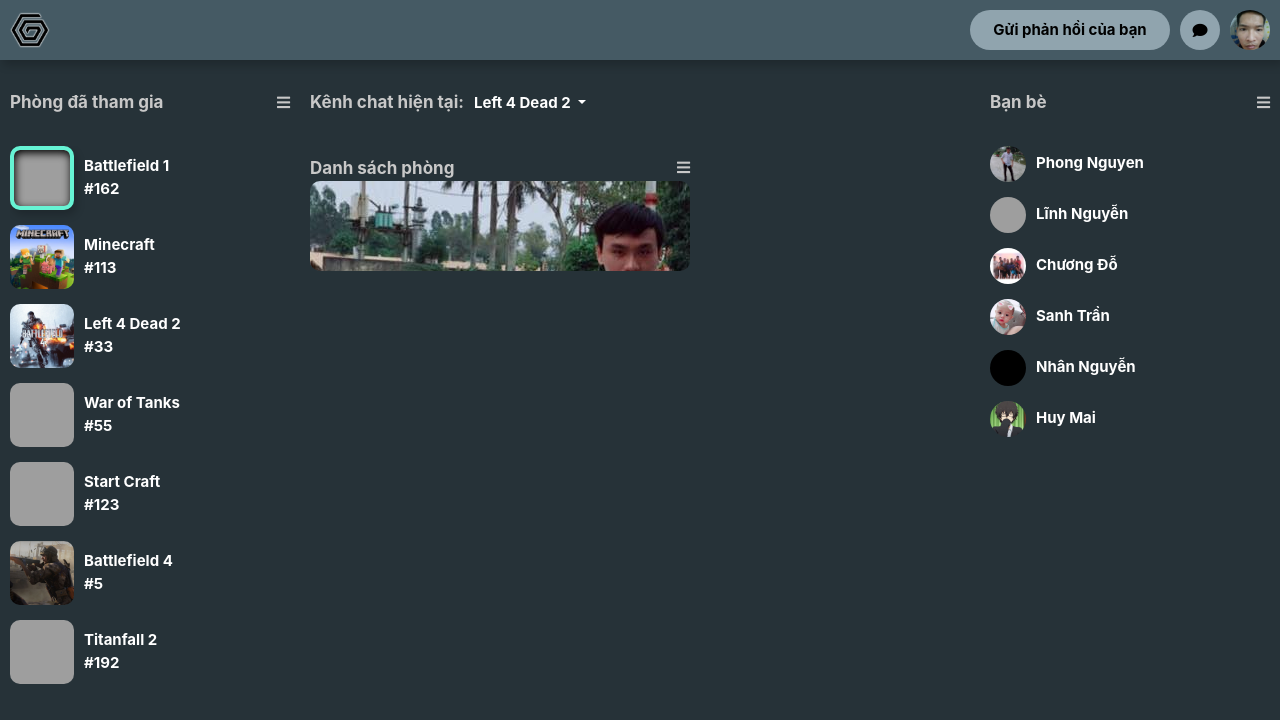
Repository: GammingCommnunity/docs
Page: web-layout/v2/html/index.html
The author's editor kept a copy of each file at every save. The page is drawn from the files as they stood at one save, then again after the next save.
The browser window is 1280 px wide. The pictures show the whole page.
Pictures or frames that could not be fetched are drawn as grey boxes.

Above is the page before, as saved 2020-03-06 11:05:34.

### web-layout/v2/html/index.html
<!DOCTYPE html>
<html lang="vi">

<head>
	<meta charset="UTF-8">
	<meta name="viewport" content="width=device-width, initial-scale=1.0">
	<!-- title -->
	<title>Gaming Community</title>
	<!-- bootstrap -->
	<link rel="stylesheet" href="css/bootstrap/bootstrap.min.css">
	<!-- fontawesome -->
	<link href="css/fontawesome.css" rel="stylesheet">
	<link href="css/brands.css" rel="stylesheet">
	<link href="css/solid.css" rel="stylesheet">
</head>

<body>
	<!-- bootstrap -->
	<script src="js/jquery-3.4.1.min.js"></script>
	<script src="js/bootstrap/bootstrap.popper.min.js"></script>
	<script src="js/bootstrap/bootstrap.min.js"></script>
	<!-- define -->
	<style>
		:root {
			/* background color */
			--bg9: #263238;
			--bg8: #37474F;
			--bg7: #455A64;
			--bg6: #546E7A;
			--bg5: #607D8B;
			--bg4: #78909C;
			--bg3: #90A4AE;
			--bg2: #B0BEC5;
			--bg1: #CFD8DC;
			/* text color */
			--primary-text: white;
			--secondary-text: #C8C8C8;
			/* shadow */
			--shd: 3px 5px 9px rgba(0, 0, 0, .2);
			--shd-lg: 3px 5px 18px rgba(0, 0, 0, .2);
			--shd-highlight: 3px 5px 9px rgba(0, 0, 0, .2), inset 1px 3px 9px black;
			/* text size */
			--text-size-sm: 12px;
			--text-size-lg: 17px;
			/* highlight */
			--highlight: rgb(102, 243, 212);
			--border-highlight: 4px solid var(--highlight);
		}
	</style>

	<!-- global style -->
	<style>
		html {
			margin: 0;
			padding: 0;
		}

		html * {
			font-size: 15px;
			color: var(--primary-text);
		}

		/* ::-webkit-scrollbar {
			width: 3px;
			height: 3px;
		}

		::-webkit-scrollbar-thumb {
			background: rgb(9, 81, 71);
			border-radius: 999px;
		}

		::placeholder {
			color: rgb(13, 190, 150);
			font-size: 12px;
		} */

		pre {
			white-space: pre-line;
			word-break: break-word;
		}






		.img {
			background-size: cover;
			background-repeat: no-repeat;
			background-position: center;
		}

		.nowrap {
			white-space: nowrap;
		}

		.wrap {
			white-space: pre-line;
			word-break: break-word;
		}

		.logo {
			width: 40px;
			height: 40px;
		}

		/* component */
		.component {
			display: flex;
			flex-direction: column;
		}

		.component-head {
			display: flex;
			align-items: center;
		}

		.component-head * {
			color: var(--secondary-text);
		}

		.component-head label {
			margin-right: 10px;
			font-weight: bold;
			font-size: var(--text-size-lg);
			flex-grow: 1;
			overflow: hidden;
			white-space: nowrap;
		}

		.component .component-body {
			flex-grow: 1;
			display: flex;
			flex-direction: column;
			overflow: auto;
		}

		/* fix bootstrap */
		p,
		label {
			margin: 0;
		}

		.dropdown-menu {
			font-weight: bold;
			background-color: var(--bg6);
			box-shadow: var(--shd-lg);
		}

		.dropdown-menu * {
			font-weight: bold;
			transition: all .3s ease;
			color: var(--primary-text);
		}

		.dropdown-menu .dropdown-item:hover {
			color: var(--bg6);
			border-left: 4px solid var(--highlight);
		}
	</style>

	<!-- framework -->
	<style>
		header {
			width: 100vw;
			height: 60px;
			padding-left: 10px;
			padding-right: 10px;
			position: fixed;
			top: 0;
			display: flex;
			align-items: center;
			background-color: var(--bg7);
			box-shadow: var(--shd);
		}

		header .space {
			flex-grow: 1;
		}

		header .button {
			width: 40px;
			height: 40px;
			display: flex;
			justify-content: center;
			align-items: center;
			border-radius: 40px;
			background-color: var(--bg3);
			margin-left: 10px;
			cursor: pointer;
			color: black;
		}

		header .button * {
			color: black;
		}

		.feedback-btn {
			width: 200px !important;
			font-weight: bold;
		}

		.main-container {
			width: 100vw;
			height: 100vh;
			background-color: var(--bg9);
			padding-top: 60px;
			display: flex;
			align-items: stretch;
			justify-content: space-between;
		}

		.main-container article {
			flex-grow: 1;
			padding: 30px 10px 0 10px;
			max-width: 1000px;
		}

		.main-container nav {
			width: 300px;
			padding: 30px 10px 0 10px;
			color: var(--secondary-text);
		}

		.main-container nav .component-head {
			margin-bottom: 30px;
		}


		/* joined-rooms-item */
		.joined-rooms-item {
			width: 100%;
			display: flex;
			margin-bottom: 15px;
		}

		.joined-rooms-item .img {
			width: 64px;
			height: 64px;
			border-radius: 10px;
		}

		.joined-rooms-item * {
			font-weight: bold;
		}

		.joined-rooms-item .info {
			height: 64px;
			padding-left: 10px;
			flex-grow: 1;
			display: flex;
			flex-direction: column;
			align-items: flex-start;
			justify-content: center;
		}

		.joined-rooms-item .info * {
			overflow: hidden;
			white-space: nowrap;
		}

		/* active */
		.joined-rooms-item.active .img {
			border: var(--border-highlight);
			box-shadow: var(--shd-highlight);
		}

		/* friends-item */
		.friends-item {
			width: 100%;
			display: flex;
			align-items: center;
			margin-bottom: 15px;
		}

		.friends-item .img {
			width: 36px;
			height: 36px;
			border-radius: 36px;
		}

		.friends-item * {
			font-weight: bold;
		}

		.friends-item .name {
			padding-left: 10px;
			overflow: hidden;
			white-space: nowrap;
		}
	</style>

	<!-- game channel -->
	<style>
		.game-channels-list {
			font-weight: bold;
		}

		.game-channels{
			display: flex;
			flex-direction: column;
			height: 100%;
		}

		.game-channels-head{
			margin-bottom: 40px;
			display: flex;
			align-items: center;
		}

		.game-channels-head > label:first-child{
			color: var(--secondary-text);
			font-size: var(--text-size-lg);
			font-weight: bold;
			padding-right: 10px;
		}

		.game-channels-head .game-channels-list{
			flex-grow: 1;
		}

		.game-channels-body{
			flex-grow: 1;
			display: flex;
		}

		.rooms{
			width: 380px;
			min-width: 380px;
			height: 100%;
		}

		.global-chats{
			flex-grow: 1;
			height: 100%;
		}

		.rooms-item{
			width: 100%;
			height: 90px;
			border-radius: 10px;
			background-color: rgba(0, 0, 0, .8);
		}
	</style>




	<header>
		<div class="logo img" style="background-image: url(img/logo.png)"></div>
		<div class="space"></div>
		<div class="button feedback-btn">Gửi phản hồi của bạn</div>
		<div class="button">
			<i class="fas fa-comment"></i>
		</div>
		<div class="button img" style="background-image: url(img/avatar.jpg)"></div>
	</header>



	<div class="main-container">






		<!-- joined room -->
		<nav class="component">
			<div class="component-head">
				<label>Phòng đã tham gia</label>
				<div>
					<i class="fas fa-bars"></i>
				</div>
			</div>
			<div class="component-body">

				<div class="joined-rooms-item active">
					<div class="img" style="background-image: url(img/14.jpg)"></div>
					<div class="info">
						<p>Battlefield 1</p>
						<p>#162</p>
					</div>
				</div>

				<div class="joined-rooms-item">
					<div class="img" style="background-image: url(img/10.jpg)"></div>
					<div class="info">
						<p>Minecraft</p>
						<p>#113</p>
					</div>
				</div>

				<div class="joined-rooms-item">
					<div class="img" style="background-image: url(img/9.jpg)"></div>
					<div class="info">
						<p>Left 4 Dead 2</p>
						<p>#33</p>
					</div>
				</div>

				<div class="joined-rooms-item">
					<div class="img" style="background-image: url(img/13.jpg)"></div>
					<div class="info">
						<p>War of Tanks</p>
						<p>#55</p>
					</div>
				</div>

				<div class="joined-rooms-item">
					<div class="img" style="background-image: url(img/12.jpg)"></div>
					<div class="info">
						<p>Start Craft</p>
						<p>#123</p>
					</div>
				</div>

				<div class="joined-rooms-item">
					<div class="img" style="background-image: url(img/16.jpg)"></div>
					<div class="info">
						<p>Battlefield 4</p>
						<p>#5</p>
					</div>
				</div>

				<div class="joined-rooms-item">
					<div class="img" style="background-image: url(img/11.jpg)"></div>
					<div class="info">
						<p>Titanfall 2</p>
						<p>#192</p>
					</div>
				</div>


			</div>
		</nav>

		<!-- game channel -->
		<article>
			<div class="game-channels">
				<div class="game-channels-head">
					<label>Kênh chat hiện tại:</label>
					<div class="game-channels-list dropdown">
						<label class="dropdown-toggle" id="" data-toggle="dropdown" aria-haspopup="true"
							aria-expanded="false">
							Left 4 Dead 2
						</label>
						<div class="dropdown-menu" aria-labelledby="dropdownMenuButton">
							<a class="dropdown-item" href="#">GTA 5</a>
							<a class="dropdown-item" href="#">Minecraft</a>
							<a class="dropdown-item" href="#">Left 4 Dead 2</a>
							<a class="dropdown-item" href="#">War Frame</a>
							<a class="dropdown-item" href="#">Titanfall 2</a>
							<a class="dropdown-item" href="#">Start Craft</a>
							<a class="dropdown-item" href="#">HearthStone</a>
						</div>
					</div>
				</div>
				<div class="game-channels-body">
					<div class="rooms component">
						<div class="component-head">
							<label>Danh sách phòng</label>
							<div>
								<i class="fas fa-bars"></i>
							</div>
						</div>
						<div class="component-body">

							<div class="rooms-item" style="background-image: url(img/100.jpg)">

							</div>

						</div>
					</div>
				</div>
			</div>
		</article>

		<!-- friends -->
		<nav class="component">
			<div class="component-head">
				<label>Bạn bè</label>
				<div>
					<i class="fas fa-bars"></i>
				</div>
			</div>
			<div class="component-body">

				<div class="friends-item">
					<div class="img" style="background-image: url(img/100.jpg)"></div>
					<p class="name">Phong Nguyen</p>
				</div>

				<div class="friends-item">
					<div class="img" style="background-image: url(img/101.jpg)"></div>
					<p class="name">Lĩnh Nguyễn</p>
				</div>

				<div class="friends-item">
					<div class="img" style="background-image: url(img/102.jpg)"></div>
					<p class="name">Chương Đỗ</p>
				</div>

				<div class="friends-item">
					<div class="img" style="background-image: url(img/103.jpg)"></div>
					<p class="name">Sanh Trần</p>
				</div>

				<div class="friends-item">
					<div class="img" style="background-image: url(img/104.jpg)"></div>
					<p class="name">Nhân Nguyễn</p>
				</div>

				<div class="friends-item">
					<div class="img" style="background-image: url(img/105.jpg)"></div>
					<p class="name">Huy Mai</p>
				</div>


			</div>
		</nav>






	</div>




</body>

</html>

### web-layout/v2/html/css/brands.css
/*!
 * Font Awesome Free 5.12.0 by @fontawesome - https://fontawesome.com
 * License - https://fontawesome.com/license/free (Icons: CC BY 4.0, Fonts: SIL OFL 1.1, Code: MIT License)
 */
@font-face {
  font-family: 'Font Awesome 5 Brands';
  font-style: normal;
  font-weight: normal;
  font-display: auto;
  src: url("../webfonts/fa-brands-400.eot");
  src: url("../webfonts/fa-brands-400.eot?#iefix") format("embedded-opentype"), url("../webfonts/fa-brands-400.woff2") format("woff2"), url("../webfonts/fa-brands-400.woff") format("woff"), url("../webfonts/fa-brands-400.ttf") format("truetype"), url("../webfonts/fa-brands-400.svg#fontawesome") format("svg"); }

.fab {
  font-family: 'Font Awesome 5 Brands'; }

### web-layout/v2/html/css/solid.css
/*!
 * Font Awesome Free 5.12.0 by @fontawesome - https://fontawesome.com
 * License - https://fontawesome.com/license/free (Icons: CC BY 4.0, Fonts: SIL OFL 1.1, Code: MIT License)
 */
@font-face {
  font-family: 'Font Awesome 5 Free';
  font-style: normal;
  font-weight: 900;
  font-display: auto;
  src: url("../webfonts/fa-solid-900.eot");
  src: url("../webfonts/fa-solid-900.eot?#iefix") format("embedded-opentype"), url("../webfonts/fa-solid-900.woff2") format("woff2"), url("../webfonts/fa-solid-900.woff") format("woff"), url("../webfonts/fa-solid-900.ttf") format("truetype"), url("../webfonts/fa-solid-900.svg#fontawesome") format("svg"); }

.fa,
.fas {
  font-family: 'Font Awesome 5 Free';
  font-weight: 900; }

Loaded but not shown: web-layout/v2/html/css/bootstrap/bootstrap.min.css (library); web-layout/v2/html/css/fontawesome.css (library); web-layout/v2/html/js/jquery-3.4.1.min.js (library); web-layout/v2/html/js/bootstrap/bootstrap.popper.min.js (library); web-layout/v2/html/js/bootstrap/bootstrap.min.js (library)

After the next save:
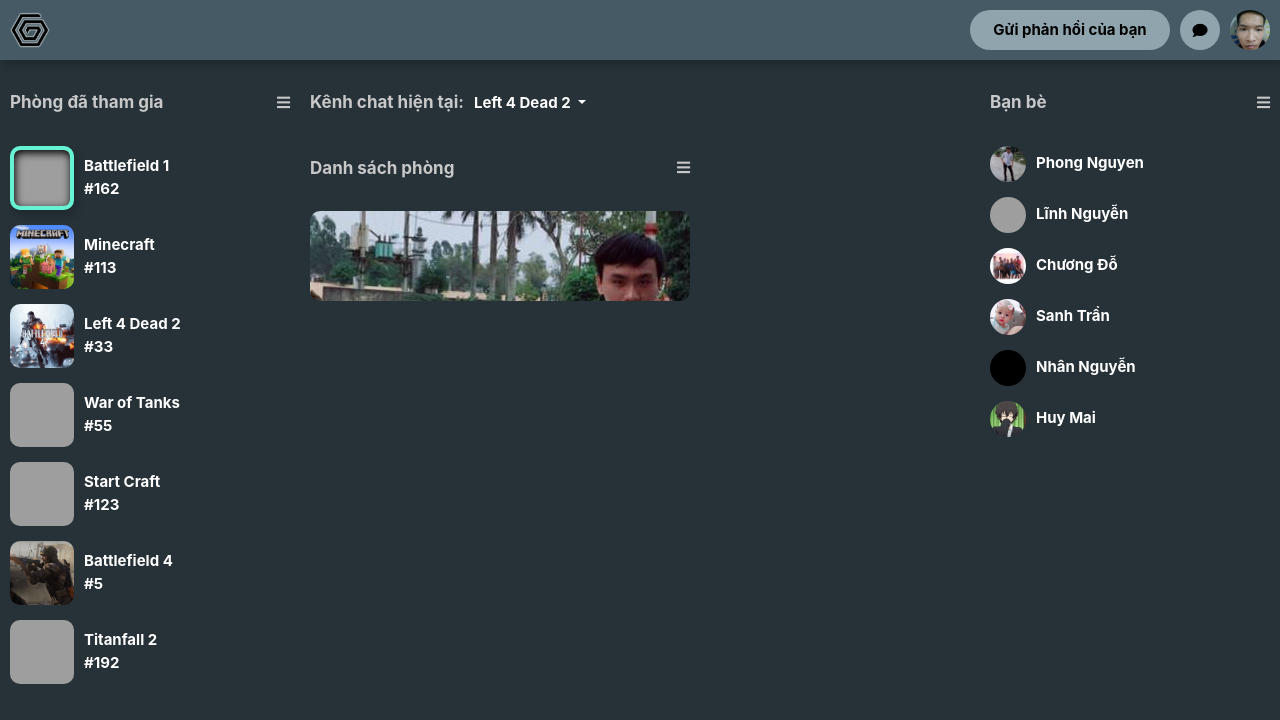
Saved 87 s later.
--- a/web-layout/v2/html/index.html
+++ b/web-layout/v2/html/index.html
@@ -114,6 +114,7 @@
 		.component-head {
 			display: flex;
 			align-items: center;
+			margin-bottom: 30px;
 		}
 
 		.component-head * {
@@ -222,11 +223,6 @@
 			padding: 30px 10px 0 10px;
 			color: var(--secondary-text);
 		}
-
-		.main-container nav .component-head {
-			margin-bottom: 30px;
-		}
-
 
 		/* joined-rooms-item */
 		.joined-rooms-item {
